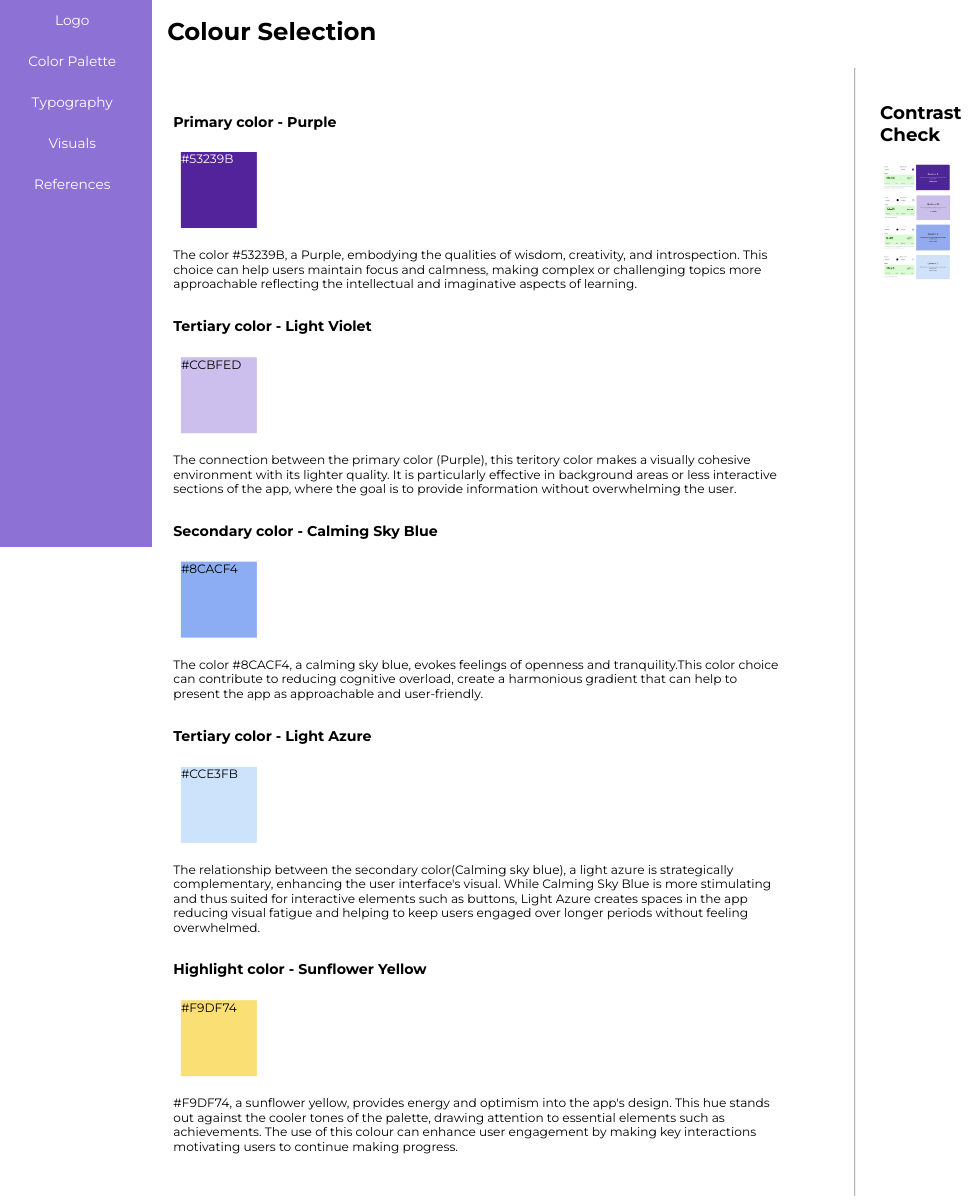
Repository: Irinalimm/PocketProfs-A5Styleguide
Page: pages/colour.html
These files come from the project's save history. The page is drawn as it stood at one moment and after the next save; the edit follows.
The browser window is 1280 px wide. The pictures show the whole page, at 76% of full size.
Some web libraries are served in a nearby version.

Above is the page before, as saved 2024-04-10 22:31:01.

After the next save:
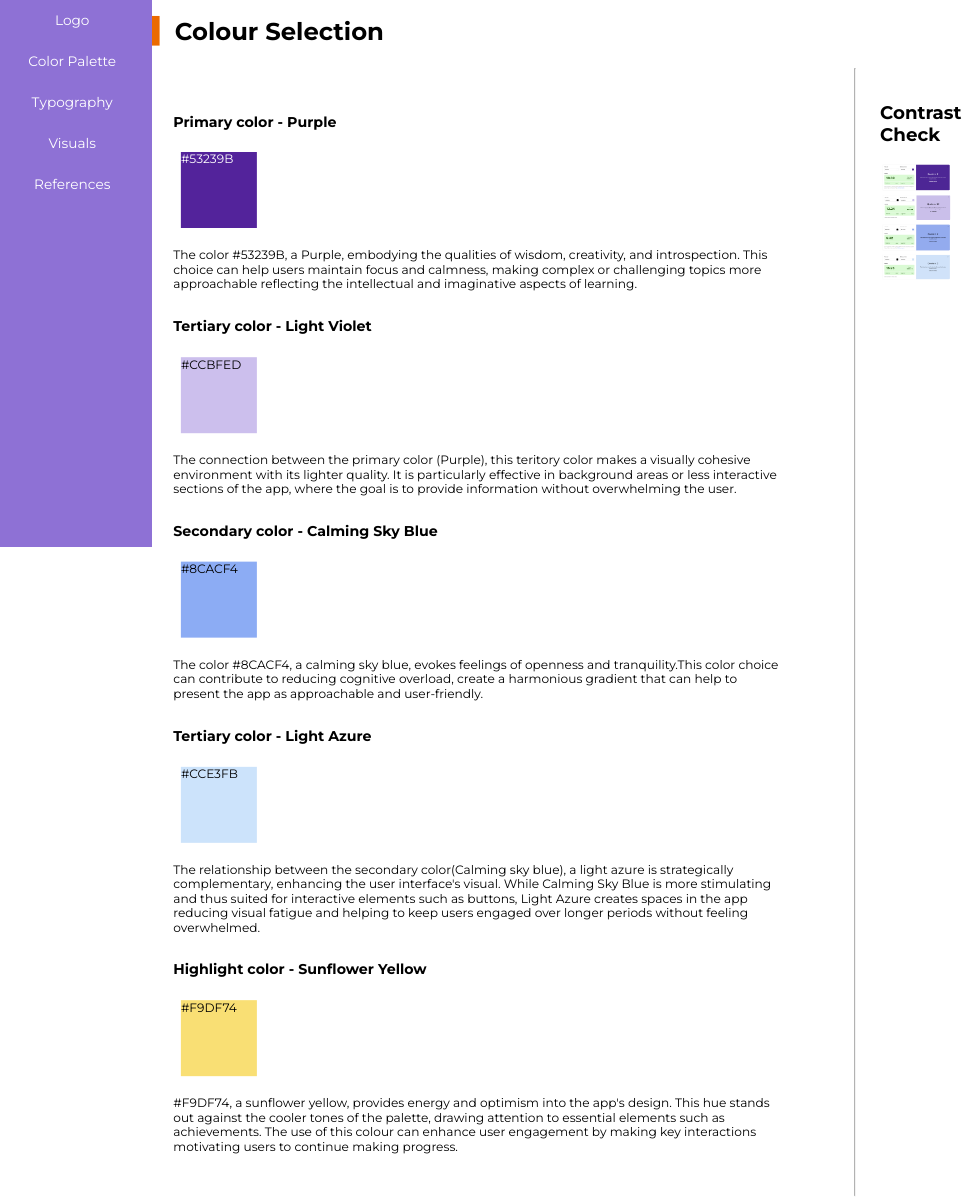
Saved 29 s later.
--- a/css/colour.css
+++ b/css/colour.css
@@ -15,6 +15,9 @@ body {
   padding-left: 20px;
 }
 
+h1{
+  border-left: 10px solid #eb6A00;
+}
 
 /* Style the side navigation */
 .sidenav {
